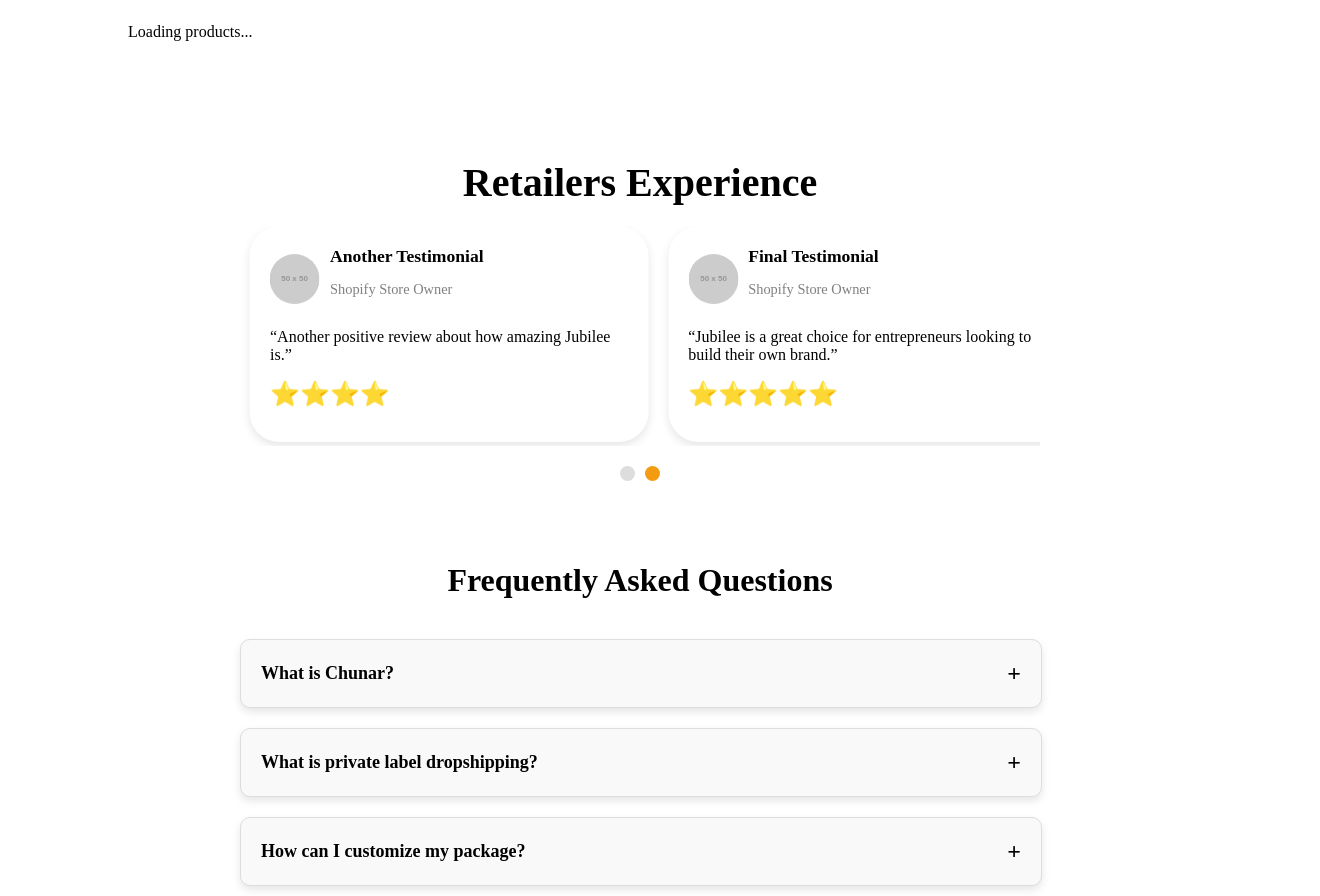
Repository: Nn-Exe/chunar-ecommerce
Page: / (app in ecommerce-frontend/)
An editor plug-in stored every save of this project. The page is shown before and after the next save, followed by the edit.
The browser window is 1280 px wide. The page is 1320 px wide, so the pictures cover 1320 px, including what lies to the right of the window. The pictures show the part of the page from y = 938 to 1834 px (the page is 2019 px tall before and 2001 px after).
The page's requests for data from a server got no answer. The project was rebuilt for these pictures with package versions that can differ from the ones it lists, and the page was loaded fresh each time. No one was signed in, and anything a server would have sent is missing.

Above is the page before, as saved 2024-09-11 18:06:03.

### ecommerce-frontend/src/App.js
import React, { useState, useEffect } from 'react';
import './App.css';
import { BrowserRouter as Router, Route, Routes } from 'react-router-dom';  // Importing React Router
import Navbar from './components/Navbar';  // Correct way to import default export
import HeroSection from './components/HeroSection';  // Correct way to import default export
import ProductList from './components/ProductList';  // Correct way to import default export
import Faq from './components/Faq';  // Import the Faq component from the components folder
import TestimonialCarousel from './components/TestimonialCarousel';


// Home page component (the default view)
function Home({ products }) {
  return (
    <div className="home-page">
      {/* Hero Section */}
      <div className="hero-container">
        <HeroSection />
      </div>

      {/* Featured Products Section */}
      <section className="products-section">
        <div className="section-header">
          <h2>Featured Products</h2>
        </div>

        <div className="product-grid">
          <ProductList products={products} />
        </div>
      </section>

      <br />

      {/* FAQ Section */}

      <TestimonialCarousel />
      <Faq />  {/* Using the imported Faq component */}

      {/* Add more sections here */}

      <br />

      <section className="about-section">
        <div className="about-content">
          <h3>About Us</h3>
          <p>Learn more about our company and our mission.</p>
        </div>
      </section>
    </div>
  );
}

// Other page components
function Live() {
  return <h2>Live Page</h2>;
}

function Contacts() {
  return <h2>Contacts Page</h2>;
}

function SocialMedia() {
  // External link can be opened using an anchor tag, so no need for a separate page.
  window.location.href = "https://linktr.ee/chunar.co";  // Redirect to external social media page
  return null;
}

function App() {
  const [products, setProducts] = useState([]);

  useEffect(() => {
    fetch('http://localhost:5000/api/products')
      .then((response) => response.json())
      .then((data) => setProducts(data))
      .catch((error) => console.error('Error fetching products:', error));
  }, []);

  return (
    <Router>
      <div className="App">
        <header className="App-header">
          <h1>Chunar.Co</h1>
          <Navbar />
        </header>

        <Routes>
          {/* Home page route */}
          <Route path="/" element={<Home products={products} />} />

          {/* Other pages */}
          <Route path="/live" element={<Live />} />
          <Route path="/contacts" element={<Contacts />} />

          {/* Redirect to external social media link */}
          <Route path="/social-media" element={<SocialMedia />} />
        </Routes>
      </div>
    </Router>
  );
}

export default App;

### ecommerce-frontend/src/App.css
/* Global for entire app */

* {
  font-family: 'Times New Roman', Times, serif;
}


/* ------------- Main Structure ------------ */

.App-header {
  background-color: #333;
  color: white;
  padding: 20px;
  text-align: center;
}

nav ul {
  list-style-type: none;
  padding: 0;
  margin: 0;
  display: flex;
  justify-content: center;
  gap: 20px;
}

nav ul li a {
  color: white;
  text-decoration: none;
  font-size: 16px;
}

.hero {
  position: relative;
  text-align: center;
}

.hero-banner {
  width: 100%;
  height: 700px;
  object-fit: cover;
}

.hero-text {
  position: absolute;
  top: 50%;
  left: 50%;
  transform: translate(-50%, -50%);
  color: white;
  font-size: 24px;
  font-weight: bold;
}

.products {
  padding: 40px;
  text-align: center;
}

.product-list {
  display: grid;
  grid-template-columns: repeat(5, 1fr);
  gap: 20px;
}

.product-card {
  border: 1px solid #ddd;
  padding: 20px;
  text-align: center;
  transition: transform 0.3s;
  border-radius: 20px;
}

.product-card img {
  max-width: 100%;
  height: auto;
  margin-bottom: 10px;
}

.product-card:hover {
  transform: scale(1.05);
}


.product-card img {
  width: 200px;
  height: 200px;
  object-fit: cover;   /* Ensures the image covers the given area */
  border-radius: 10px; /* Optional: adds rounded corners */
}



/* ----------- Home Div -------------- */

/* App.css */

.home-page {
  display: flex;
  flex-direction: column;
  align-items: center;
}

/* Hero Section */
.hero-container {
  width: 100%;
  margin-bottom: 20px;
}

/* Products Section */
.products-section {
  width: 80%;
  margin: 0 auto;
}

.section-header h2 {
  text-align: center;
  font-size: 2rem;
  margin-bottom: 20px;
}

/* About Section */
.about-section {
  background-color: #f4f4f4;
  padding: 40px;
  width: 100%;
  text-align: center;
}

.about-section h3 {
  margin-bottom: 10px;
}

.about-section p {
  font-size: 1.1rem;
}


/* ----------- FAQ Section ---------------- */


/* Center the FAQ section */
.faq-section {
  max-width: 800px; /* Set a larger max-width for the entire FAQ section */
  width: 100%;      /* Ensure it takes up 100% of the available width */
  margin: 0 auto;   /* Center the FAQ section on the page */
  text-align: center;
}

/* Style the header separately */
.faq-section h2 {
  font-size: 32px;
  margin-bottom: 40px;
}

/* Grid layout for the FAQ items (excluding the header) */
.faq-items {
  display: grid;
  grid-template-columns: 1fr; /* One column layout */
  gap: 20px; /* Space between the FAQ items */
}

/* Style each FAQ item */
.faq-item {
  border: 1px solid #ddd;
  border-radius: 10px;
  width: 100%; /* Make the FAQ item take up 100% of the container */
  background-color: #f9f9f9;
  box-shadow: 0 4px 8px rgba(0, 0, 0, 0.1);
  transition: transform 0.5s ease-in-out, background-color 330ms ease-in-out, box-shadow 330ms ease-in-out;
  overflow: hidden; /* Ensure content is hidden initially */
}

/* Box hover effect */
.faq-item:hover {
  box-shadow: 0 6px 12px rgba(0, 0, 0, 0.1);
  background-color: #f1f1f1;
}

/* Active FAQ item */
.faq-item.active {
  background-color: #ececec;
}

/* Style the FAQ question (clickable area) */
.faq-question {
  padding: 20px;
  cursor: pointer;
  display: flex;
  justify-content: space-between;
  align-items: center;
  font-weight: bold;
  font-size: 18px;
  width: 100%; /* Full width for the question area */
  box-sizing: border-box;
}

/* Style the FAQ answer */
.faq-answer {
  padding: 0 20px;
  overflow: hidden;
  max-height: 0;
  opacity: 0;
  transition: max-height 0.5s ease, opacity 0.5s ease;
  width: 100%; /* Full width for the answer area */
  box-sizing: border-box;
}

/* When the FAQ item is active, show the answer with a smooth transition */
.faq-item.active .faq-answer {
  max-height: 500px;
  opacity: 1;
  padding-bottom: 20px;
}

/* Style the icon for toggling */
.icon {
  font-size: 24px;
  font-weight: bold;
  transition: transform 0.3s ease;
}

.faq-item.active .icon {
  transform: rotate(45deg);
}

/* -----------  TestimonialCarousel ------------- */


/* Style for the testimonial section */
.testimonial-section {
  text-align: center;
  max-width: 800px;
  margin: 0 auto;
  padding: 50px 0;
}

.testimonial-section h2 {
  font-size: 2.5rem;
  margin-bottom: 20px;
}

/* Carousel container */
.carousel {
  display: flex;
  overflow: hidden;
  max-width: 100%; /* Ensure full width */
  margin: 0 auto;
}

.carousel-inner {
  display: flex;
  transition: transform 0.5s ease-in-out;
  width: calc(200% * 2); /* Width for two testimonials per slide */
}

/* Each card wrapper for two cards per slide */
.testimonial-card-wrapper {
  display: flex;
  flex: 0 0 50%; /* Each card takes 50% of the slide width */
  box-sizing: border-box;
  padding: 0 10px;
}

/* Testimonial card styling */
.testimonial-card {
  background-color: #fff;
  padding: 20px;
  border-radius: 30px;
  box-shadow: 0 4px 10px rgba(0, 0, 0, 0.1);
  text-align: left;
  margin: 0 auto;
  width: 90%;
  height: 80%;
  position: center;
}

.profile {
  display: flex;
  align-items: center;
}

.profile img {
  border-radius: 50%;
  margin-right: 10px;
}

.profile-details h4 {
  font-size: 1.1rem;
  margin: 0;
}

.profile-details p {
  font-size: 0.9rem;
  color: gray;
}

.stars {
  font-size: 1.5rem;
  color: #f39c12;
  margin-top: 10px;
}

/* Navigation dots */
.dots {
  margin-top: 20px;
}

.dot {
  height: 15px;
  width: 15px;
  margin: 0 5px;
  background-color: #ddd;
  border-radius: 50%;
  display: inline-block;
  cursor: pointer;
}

.active {
  background-color: #f39c12;
}

### ecommerce-frontend/src/components/Navbar.js
import React from 'react';
import { Link } from 'react-router-dom';

function Navbar() {
  return (
    <nav>
      <ul>
        <li><Link to="/">Home</Link></li>  {/* Links to the home page */}
        <li><Link to="/live">Live</Link></li>  {/* Links to the live page */}
        <li><a href="https://linktr.ee/chunar.co" target="_blank" rel="noopener noreferrer">Social Media</a></li> {/* Opens external link in new tab */}
        <li><Link to="/contacts">Contacts</Link></li>  {/* Links to the contacts page */}
      </ul>
    </nav>
  );
}

export default Navbar;

### ecommerce-frontend/src/components/HeroSection.js
import React from 'react';

function HeroSection() {
  return (
    <section className="hero">
      <img src="https://raw.githubusercontent.com/Nn-Exe/chunar-images/master/banner/chunar%20banner.png" alt="Banner" className="hero-banner" />
      <div className="hero-text">
        {/* <h2>Three things cannot be long hidden: The Sun, The Moon, and The Truth.</h2> */}
      </div>
    </section>
  );
}

export default HeroSection;  // Ensure you have this line

### ecommerce-frontend/src/components/ProductList.js
import React from 'react';

function ProductList({ products }) {
  return (
    <div className="product-list">
      {products.length === 0 ? (
        <p>Loading products...</p>
      ) : (
        products.map((product) => (
          <div key={product.id} className="product-card">
              <img
                src={product.image}
                alt={product.name}
                className="product-image"
              />
            <h3>{product.name}</h3>
            <p>{product.description}</p>
            <p>{product.price}</p>
          </div>
        ))
      )}
    </div>
  );
}

export default ProductList;

### ecommerce-frontend/src/components/Faq.js
import React, { useState } from 'react';

const Faq = () => {
  const [activeIndex, setActiveIndex] = useState(null);

  const toggleFaq = (index) => {
    setActiveIndex(activeIndex === index ? null : index);
  };

  return (
    <div className="faq-section">
      <h2>Frequently Asked Questions</h2>

      <div className="faq-items"> {/* Grid layout for the items */}
        <div className={`faq-item ${activeIndex === 0 ? 'active' : ''}`}>
          <div className="faq-question" onClick={() => toggleFaq(0)}>
            <span>What is Chunar?</span>
            <span className="icon">{activeIndex === 0 ? '-' : '+'}</span>
          </div>
          {activeIndex === 0 && (
            <div className="faq-answer">
              <p>Chunar is a dropshipping marketplace that lets you build your own cosmetic and skincare line with minimal upfront costs...</p>
            </div>
          )}
        </div>

        <div className={`faq-item ${activeIndex === 1 ? 'active' : ''}`}>
          <div className="faq-question" onClick={() => toggleFaq(1)}>
            <span>What is private label dropshipping?</span>
            <span className="icon">{activeIndex === 1 ? '-' : '+'}</span>
          </div>
          {activeIndex === 1 && (
            <div className="faq-answer">
              <p>Private label dropshipping allows you to sell products from suppliers with your own branding...</p>
            </div>
          )}
        </div>

        <div className={`faq-item ${activeIndex === 2 ? 'active' : ''}`}>
          <div className="faq-question" onClick={() => toggleFaq(2)}>
            <span>How can I customize my package?</span>
            <span className="icon">{activeIndex === 2 ? '-' : '+'}</span>
          </div>
          {activeIndex === 2 && (
            <div className="faq-answer">
              <p>Private labeling is a great way to showcase your brand...</p>
            </div>
          )}
        </div>
      </div>
    </div>
  );
};

export default Faq;

### ecommerce-frontend/src/components/TestimonialCarousel.js
import React, { useState, useEffect } from 'react';


const TestimonialCarousel = () => {
  const [currentSlide, setCurrentSlide] = useState(0);

  const testimonials = [
    {
      name: 'Supisara Permsuk',
      title: 'Chunar.Co Store Owner',
      text: '“I can’t say enough good things about Chunar. Our dropshipping model is efficient, and the product quality is excellent...”',
      stars: 5,
    },
    {
      name: 'Supapis Permsuk',
      title: 'Chunar.Co Store Owner',
      text: '“Starting my own beauty brand seemed daunting, but Jubilee made it incredibly easy. The customization options are fantastic...”',
      stars: 5,
    },
    {
      name: 'Another Testimonial',
      title: 'Shopify Store Owner',
      text: '“Another positive review about how amazing Jubilee is.”',
      stars: 4,
    },
    {
      name: 'Final Testimonial',
      title: 'Shopify Store Owner',
      text: '“Jubilee is a great choice for entrepreneurs looking to build their own brand.”',
      stars: 5,
    }
  ];

  // Calculate the number of slides needed (two testimonials per slide)
  const totalSlides = Math.ceil(testimonials.length / 2);

  // Auto-slide functionality
  useEffect(() => {
    const interval = setInterval(() => {
      setCurrentSlide((prevSlide) => (prevSlide + 1) % totalSlides);
    }, 4000); // Slide every 4 seconds
    return () => clearInterval(interval); // Cleanup interval on component unmount
  }, [totalSlides]);

  // Function to move the slides manually
  const moveSlide = (index) => {
    setCurrentSlide(index);
  };

  return (
    <div className="testimonial-section">
      <h2>Retailers Experience</h2>
      <div className="carousel">
        <div
          className="carousel-inner"
          style={{
            transform: `translateX(-${currentSlide * 100}%)`, // Move by 100% per slide
          }}
        >
          {testimonials.map((testimonial, index) => (
            <div className="testimonial-card-wrapper" key={index}>
              <div className="testimonial-card">
                <div className="profile">
                  <img
                    src="https://via.placeholder.com/50"
                    alt="Profile"
                  />
                  <div className="profile-details">
                    <h4>{testimonial.name}</h4>
                    <p>{testimonial.title}</p>
                  </div>
                </div>
                <p>{testimonial.text}</p>
                <div className="stars">
                  {'⭐'.repeat(testimonial.stars)}
                </div>
              </div>
            </div>
          ))}
        </div>
      </div>

      {/* Dots for navigation */}
      <div className="dots">
        {[...Array(totalSlides)].map((_, index) => (
          <span
            key={index}
            className={`dot ${index === currentSlide ? 'active' : ''}`}
            onClick={() => moveSlide(index)}
          ></span>
        ))}
      </div>
    </div>
  );
};

export default TestimonialCarousel;

Loaded but not shown: ecommerce-frontend/public/index.html (common file); ecommerce-frontend/src/index.js (common file); ecommerce-frontend/src/index.css (common file); ecommerce-frontend/src/reportWebVitals.js (common file)

After the next save:
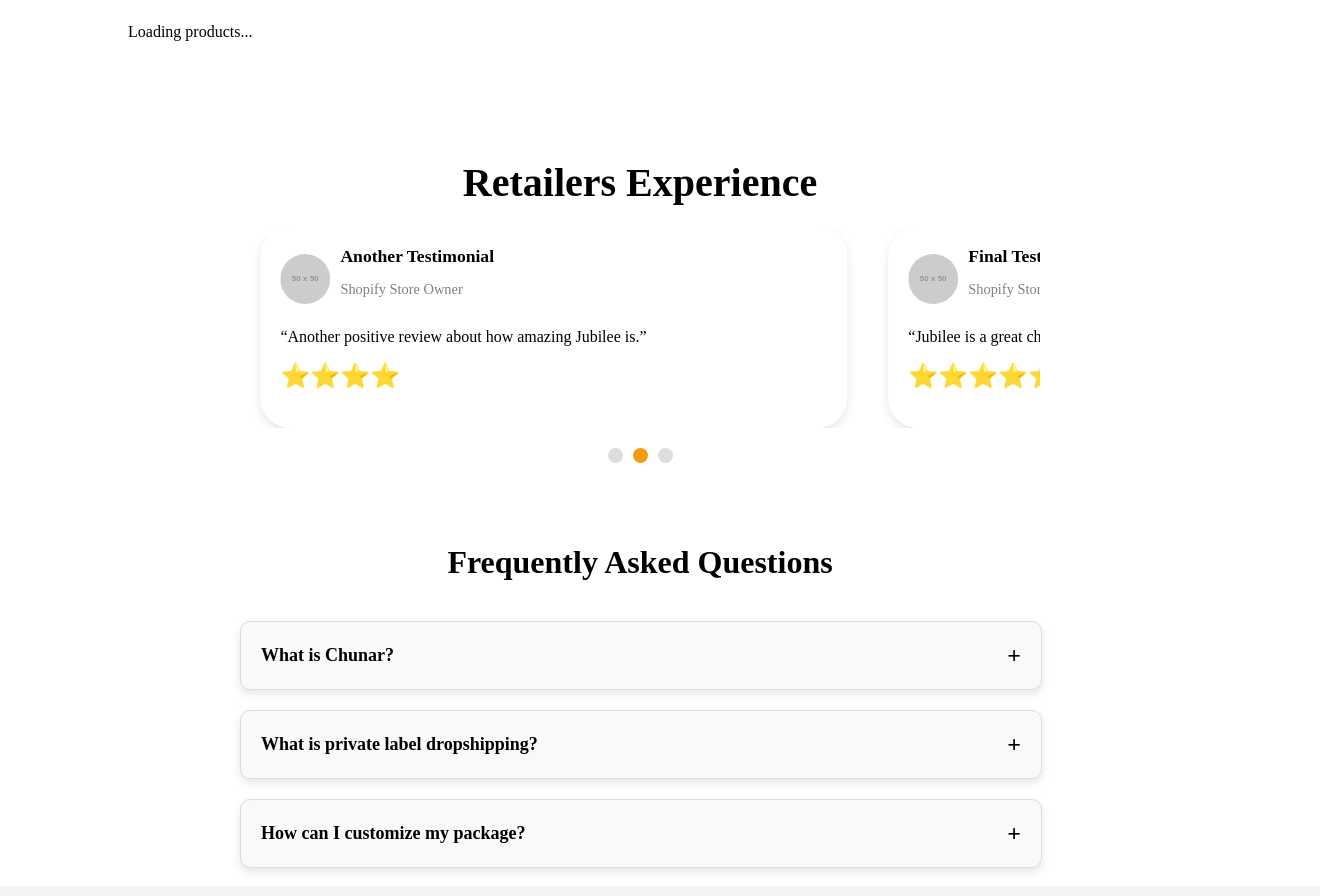
Saved 19 s later.
--- a/ecommerce-frontend/src/components/TestimonialCarousel.js
+++ b/ecommerce-frontend/src/components/TestimonialCarousel.js
@@ -22,6 +22,18 @@ const TestimonialCarousel = () => {
       title: 'Shopify Store Owner',
       text: '“Another positive review about how amazing Jubilee is.”',
       stars: 4,
+    },
+    {
+      name: 'Final Testimonial',
+      title: 'Shopify Store Owner',
+      text: '“Jubilee is a great choice for entrepreneurs looking to build their own brand.”',
+      stars: 5,
+    },
+    {
+      name: 'Final Testimonial',
+      title: 'Shopify Store Owner',
+      text: '“Jubilee is a great choice for entrepreneurs looking to build their own brand.”',
+      stars: 5,
     },
     {
       name: 'Final Testimonial',

After the save that followed:
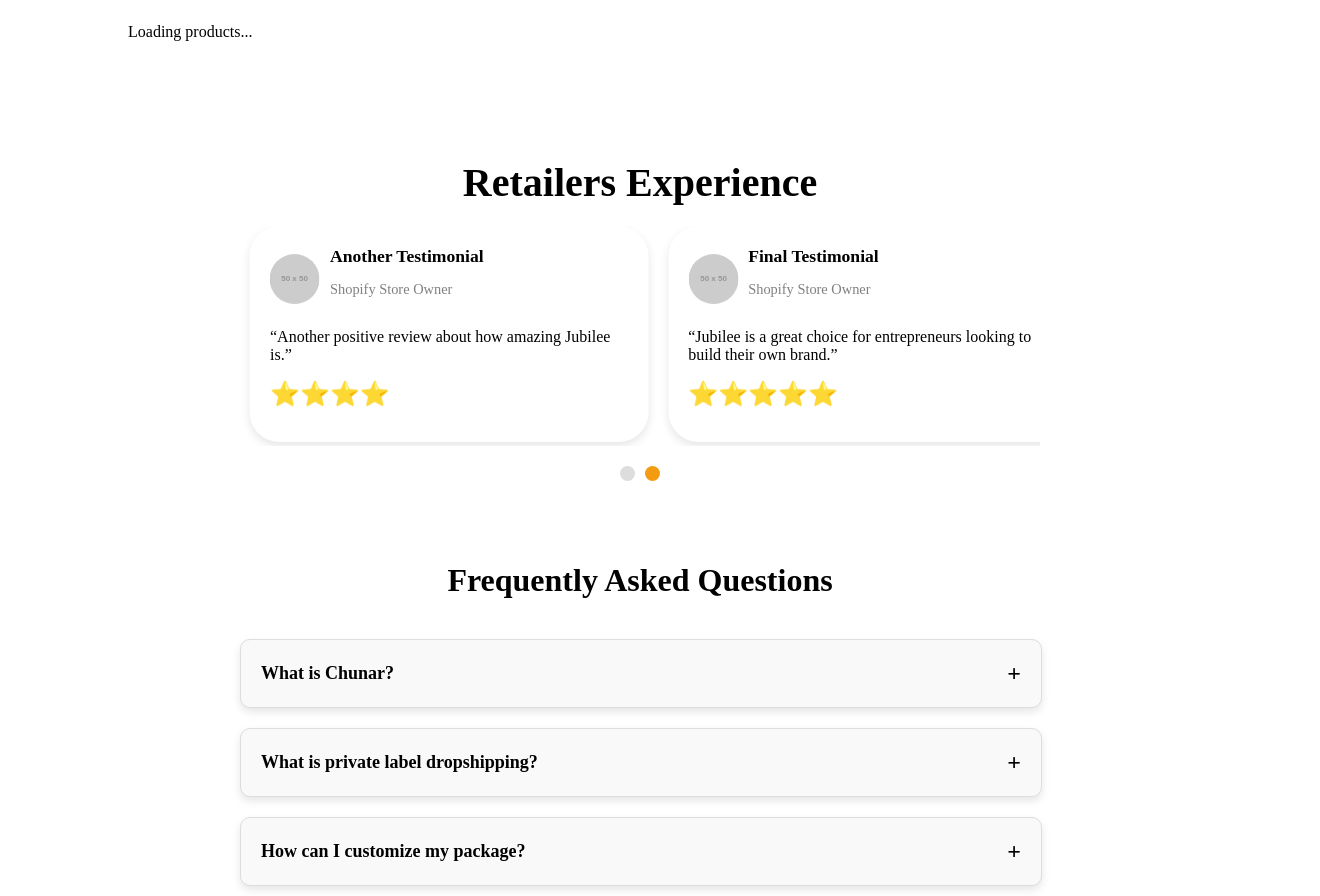
Saved 6 s later.
--- a/ecommerce-frontend/src/components/TestimonialCarousel.js
+++ b/ecommerce-frontend/src/components/TestimonialCarousel.js
@@ -22,18 +22,6 @@ const TestimonialCarousel = () => {
       title: 'Shopify Store Owner',
       text: '“Another positive review about how amazing Jubilee is.”',
       stars: 4,
-    },
-    {
-      name: 'Final Testimonial',
-      title: 'Shopify Store Owner',
-      text: '“Jubilee is a great choice for entrepreneurs looking to build their own brand.”',
-      stars: 5,
-    },
-    {
-      name: 'Final Testimonial',
-      title: 'Shopify Store Owner',
-      text: '“Jubilee is a great choice for entrepreneurs looking to build their own brand.”',
-      stars: 5,
     },
     {
       name: 'Final Testimonial',
